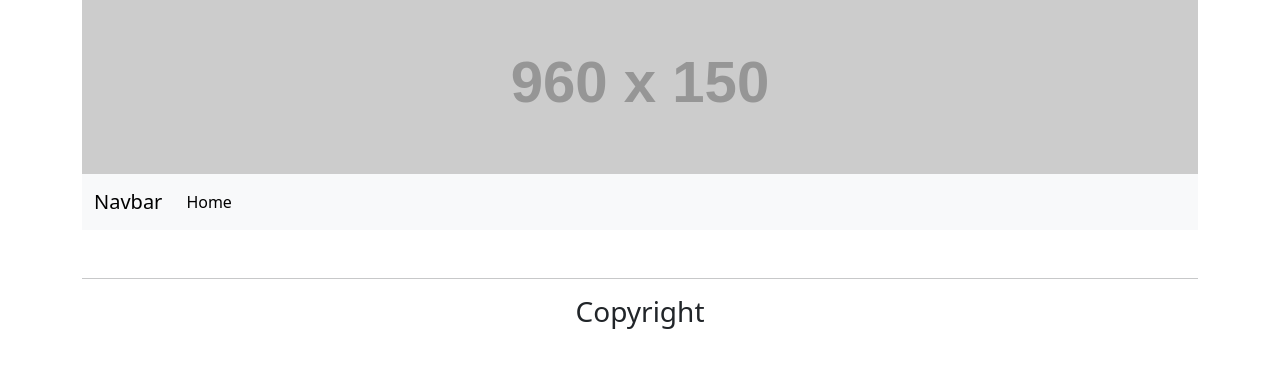
Repository: laonmiku/jsp
Page: http://localhost/ex01/kakao/book
These files come from the project's save history. The page is drawn as it stood at one moment and after the next save; the edit follows.
The browser window is 1280 px wide. The pictures show the whole page.
The page is served by Tomcat 9.

Above is the page before, as saved 2024-04-29 01:56:06.

After the next save:
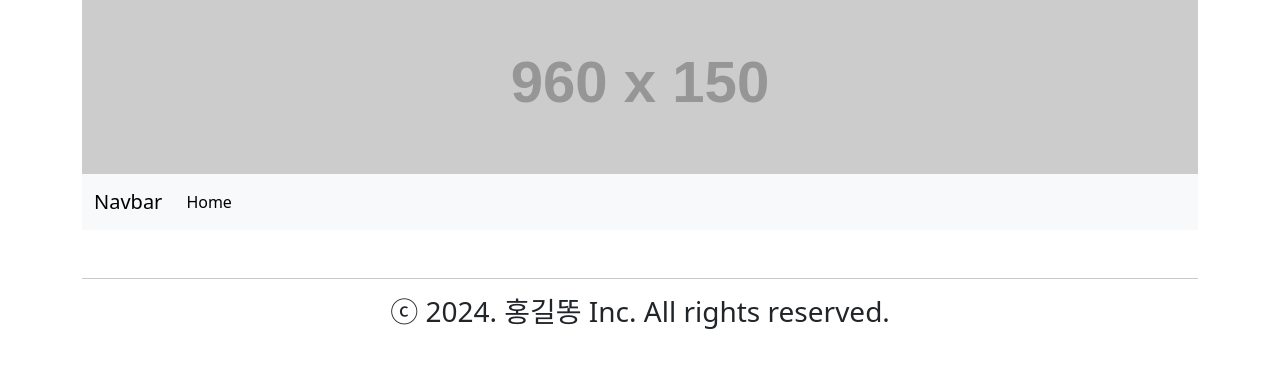
Saved 52 s later.
--- a/ex01/src/main/webapp/bottom.jsp
+++ b/ex01/src/main/webapp/bottom.jsp
@@ -3,5 +3,5 @@
 
 <div class="text-center my-5">
 	<hr>
-	<h3>Copyright</h3>
+	<h3>ⓒ 2024. 홍길똥 Inc. All rights reserved.</h3>
 </div>
